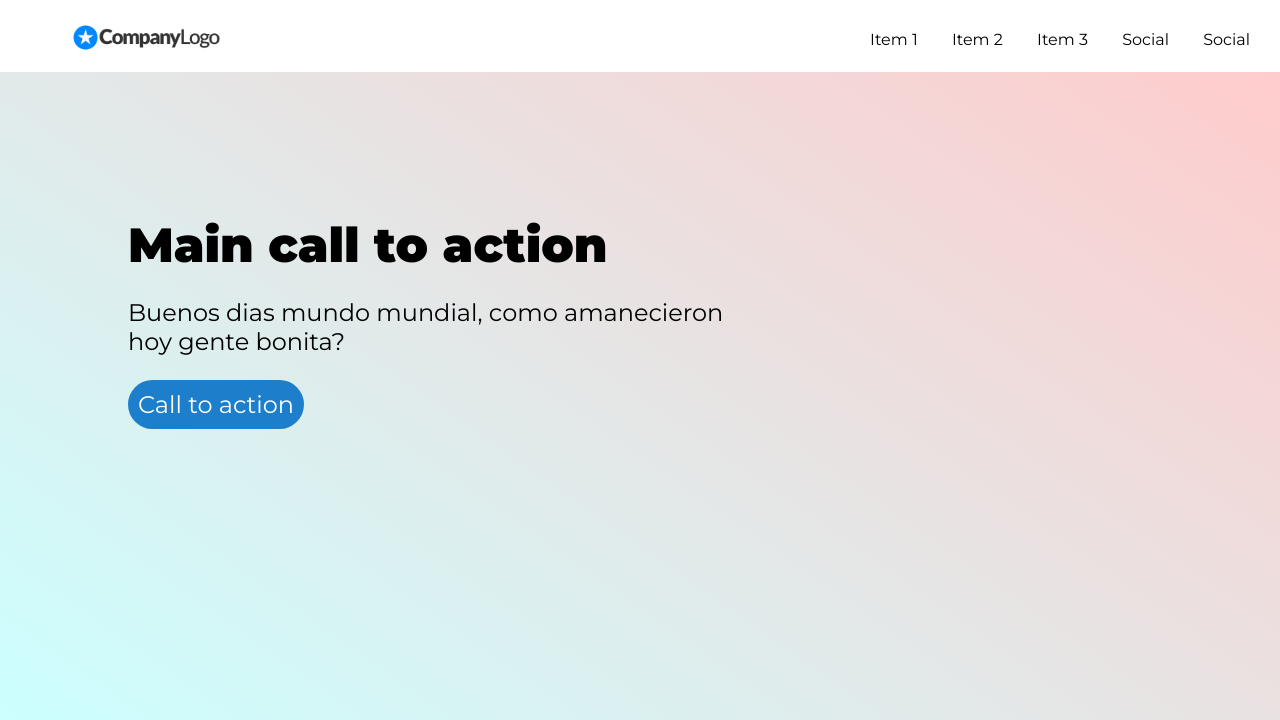
Repository: pabloestradagt/proyectobootstrap
Page: websitexd/index.html
The author's editor kept a record of every edit. The page is drawn from the files as they stood at one moment, then again after the next edit.
The browser window is 1280 px wide. The pictures show the whole page.

Above is the page before.

After the next edit:
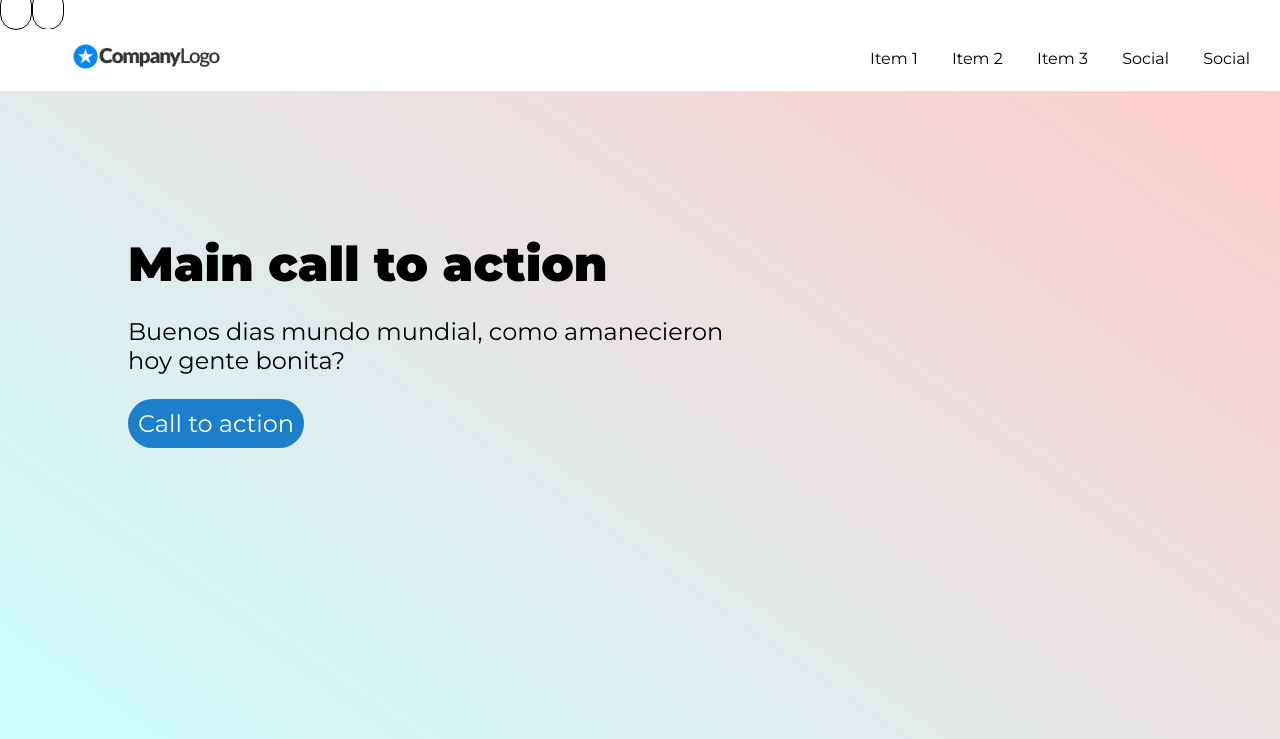
The edit:
--- a/websitexd/index.html
+++ b/websitexd/index.html
@@ -6,6 +6,9 @@
         <link href="css/styles.css" rel="stylesheet">
         <link href="https://fonts.googleapis.com/css?family=Montserrat:300,400,700,900" rel="stylesheet">
         <meta charset="utf-8">
+        <i class="fas fa-stroopwafel"></i>
+<i class="fas fa-stroopwafel"></i>
+<span class="fas fa-stroopwafel"></span>
     </head>
 
     <body>
